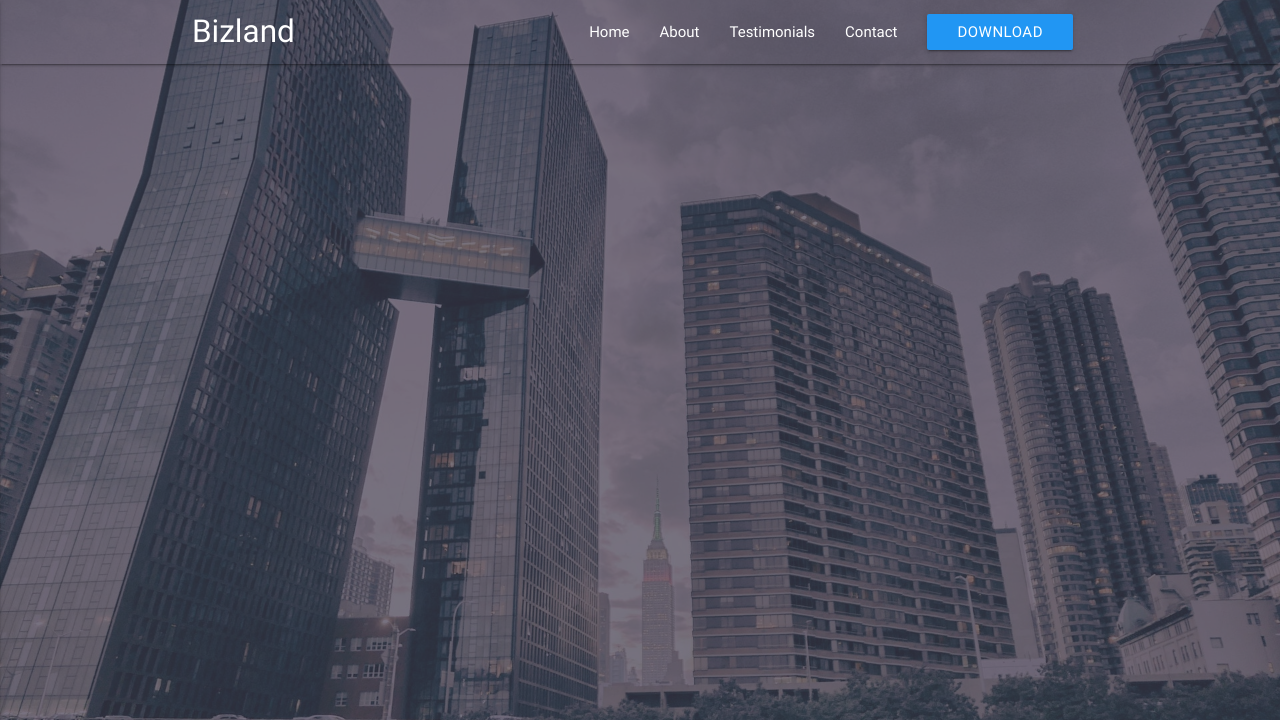
Repository: farrdy/bizland
Page: index.html
These files come from the project's save history. The page is drawn as it stood at one moment and after the next save; the edit follows.
The browser window is 1280 px wide. The pictures show the whole page.
Some web libraries are served in a nearby version.

Above is the page before, as saved 2020-01-04 08:57:14.

After the next save:
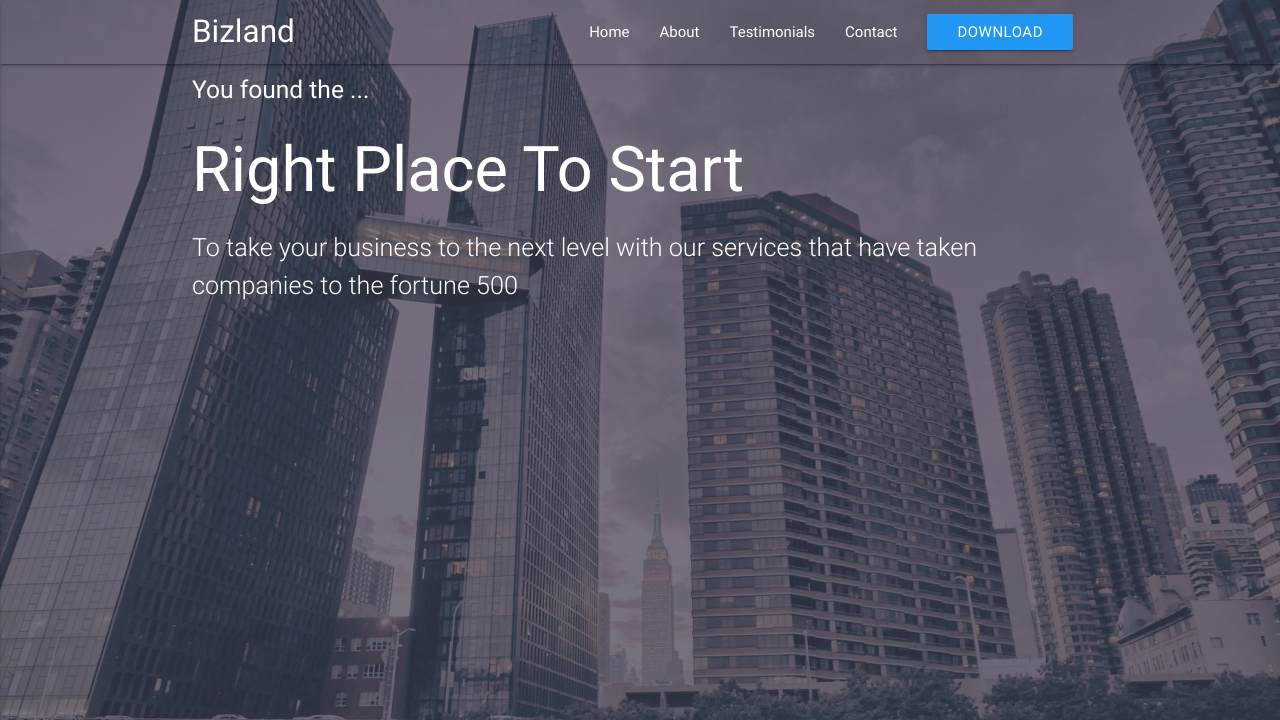
Saved 5 min 3 s later.
--- a/index.html
+++ b/index.html
@@ -71,6 +71,20 @@
             <a href="#contact">Contact</a>
           </li>
         </ul>
+
+        <!-- showcase -->
+        <div class="showcase container">
+          <div class="row">
+            <div class="col s12 main-text">
+              <h5>You found the ...</h5>
+              <h1>Right Place To Start</h1>
+              <p class="flow-text">
+                To take your business to the next level with our services that
+                have taken companies to the fortune 500
+              </p>
+            </div>
+          </div>
+        </div>
       </div>
     </header>
 
